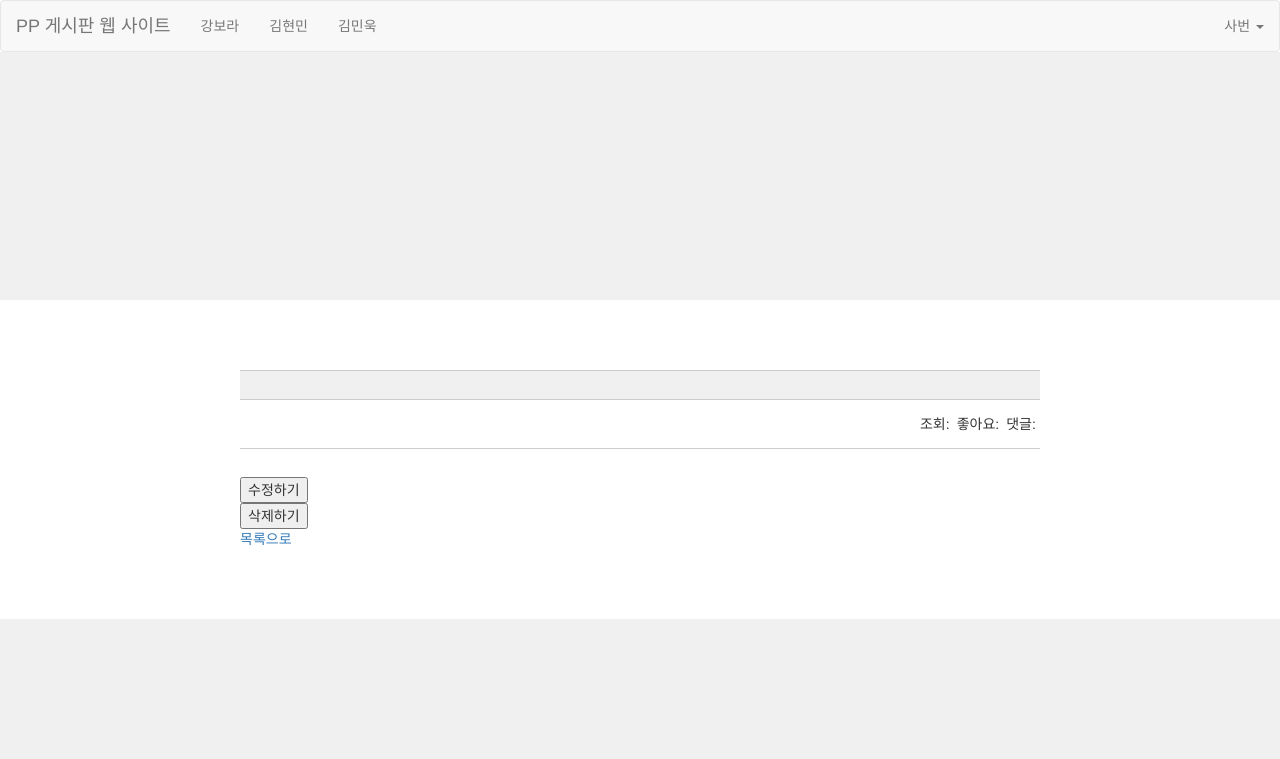
Repository: hyunminini/CommunityPage
Page: http://localhost/PP_Project/boardRead.jsp
These files come from the project's save history. The page is drawn as it stood at one moment and after the next save; the edit follows.
The browser window is 1280 px wide. The pictures show the whole page.
Some web libraries are served in a nearby version. The page is served by Tomcat 9.

Above is the page before, as saved 2022-09-28 10:55:23.

After the next save:
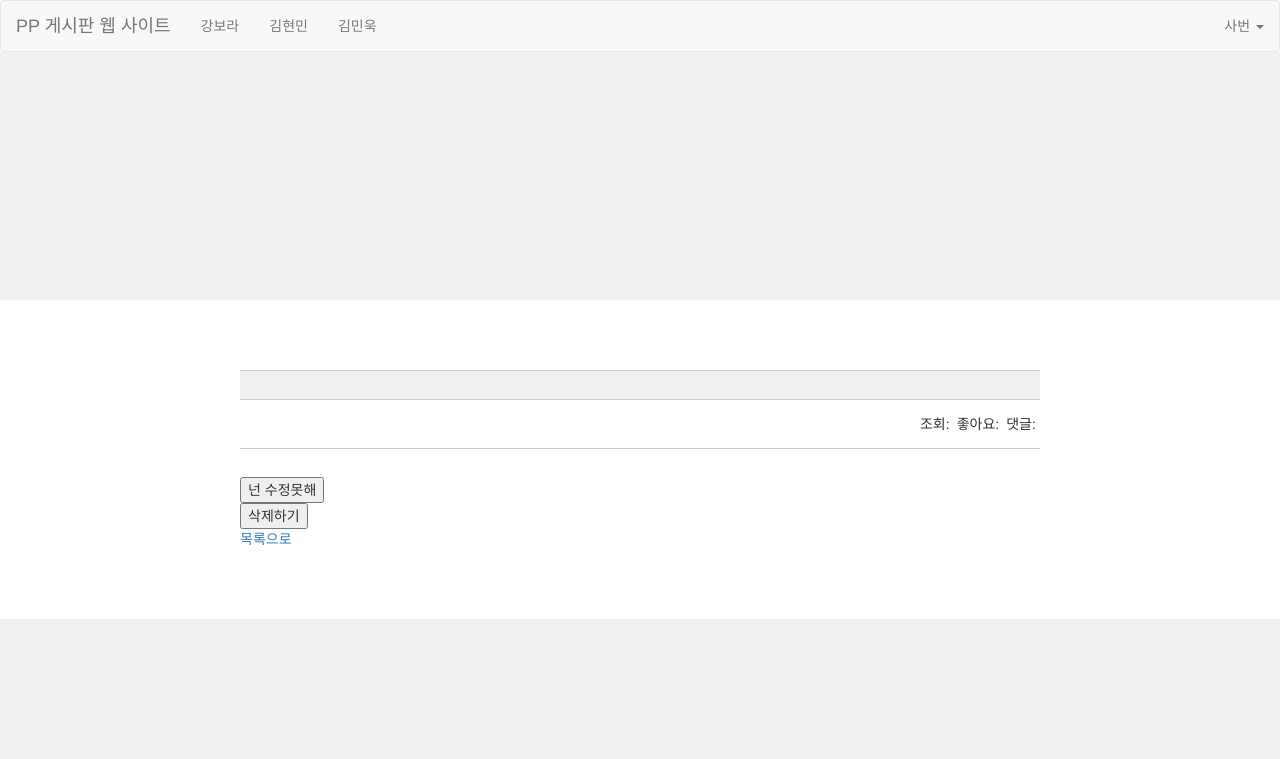
Saved 81 s later.
--- a/PP_Project/WebContent/boardRead.jsp
+++ b/PP_Project/WebContent/boardRead.jsp
@@ -126,9 +126,6 @@
 				<c:when test="${sessionScope.empno == 1001}">
 					<input type=button value="수정하기" onClick="sendUpdate()">
 				</c:when>
-				<c:when test="${sessionScope.empno == sessionScope.empno}">
-					<input type=button value="수정하기" onClick="sendUpdate()">
-				</c:when>
 				<c:otherwise>
 					<input type=button value="넌 수정못해">
 				</c:otherwise>

After the save that followed:
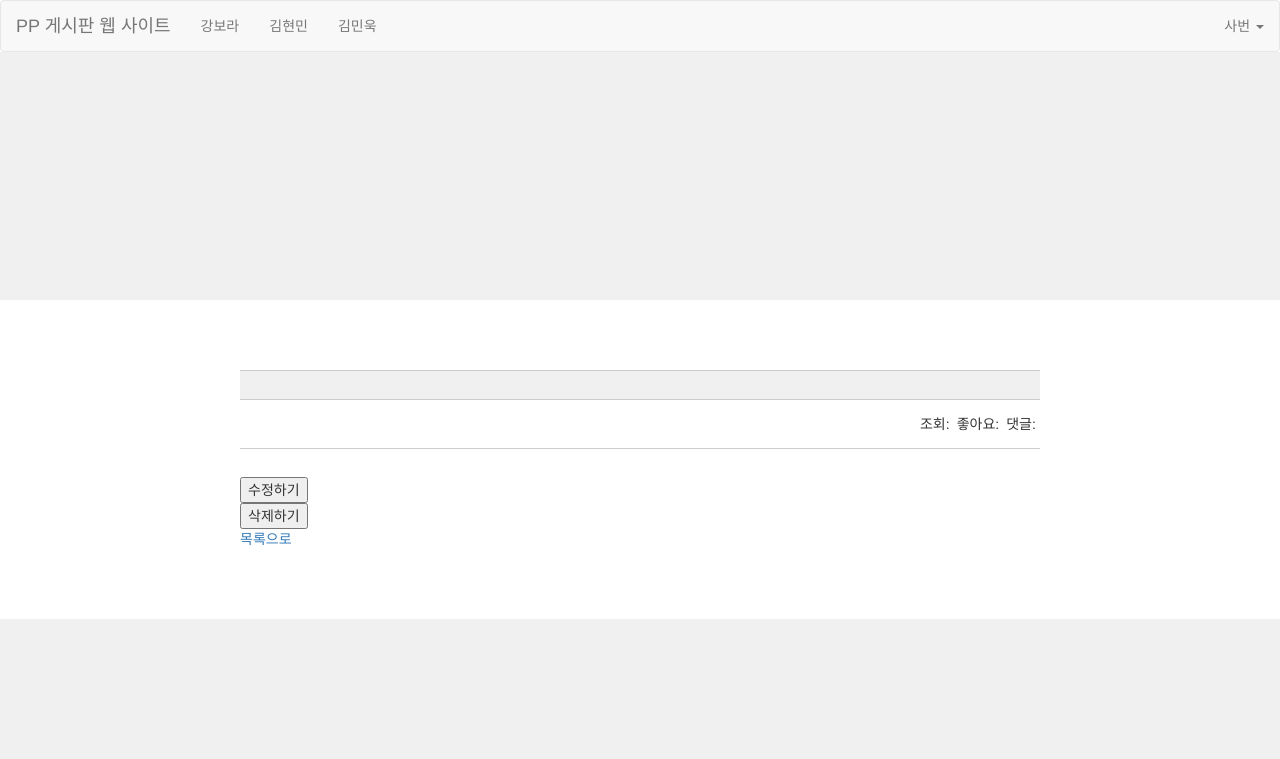
Saved 25 s later.
--- a/PP_Project/WebContent/boardRead.jsp
+++ b/PP_Project/WebContent/boardRead.jsp
@@ -126,6 +126,9 @@
 				<c:when test="${sessionScope.empno == 1001}">
 					<input type=button value="수정하기" onClick="sendUpdate()">
 				</c:when>
+				<c:when test="${sessionScope.empno == sessionScope.empno}">
+					<input type=button value="수정하기" onClick="sendUpdate()">
+				</c:when>
 				<c:otherwise>
 					<input type=button value="넌 수정못해">
 				</c:otherwise>
